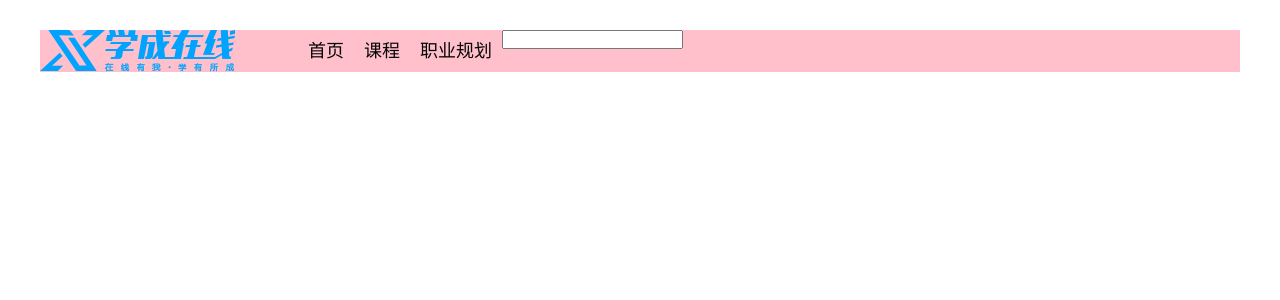
Repository: R1Deemo/Web-Project
Page: index..html
The author's editor kept a copy of each file at every save. The page is drawn from the files as they stood at one save, then again after the next save.
The browser window is 1280 px wide. The pictures show the whole page.

Above is the page before, as saved 2022-03-08 21:32:05.

After the next save:
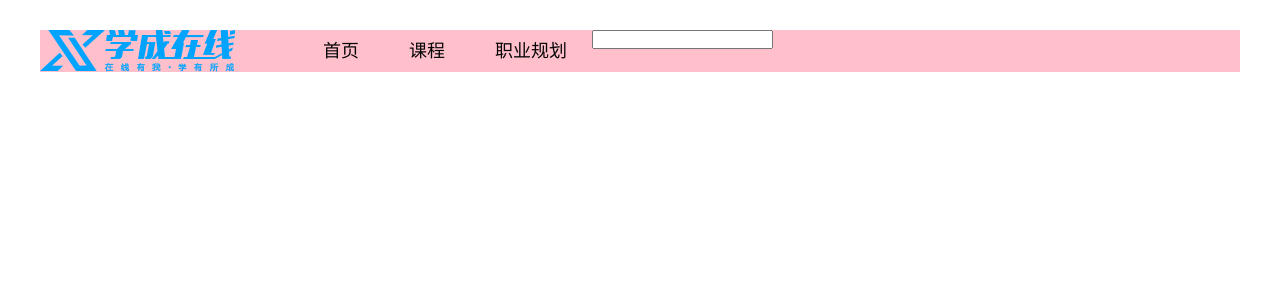
Saved 46 s later.
--- a/style.css
+++ b/style.css
@@ -35,6 +35,7 @@
 
 .nav ul li {
     float: left;
+    margin: 0 15px;
 }
 
 .nav ul li a {
